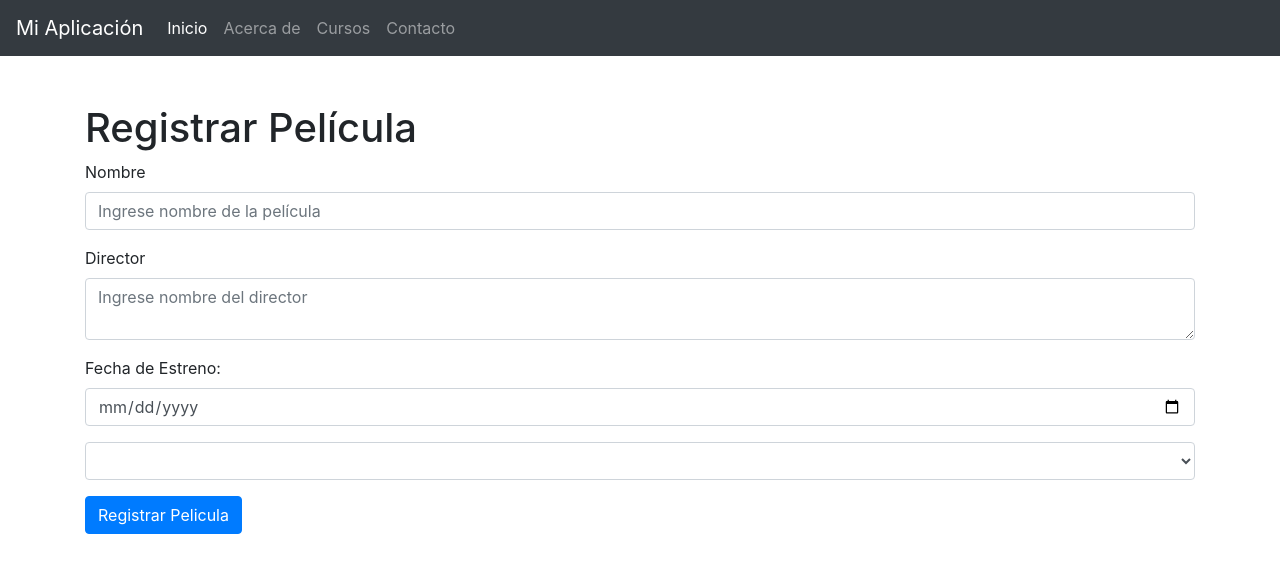
Repository: jfchirinos/EvaluacionLaboratorioT2
Page: http://localhost/peliculaRegister
These files come from the project's save history. The page is drawn as it stood at one moment and after the next save; the edit follows.
The browser window is 1280 px wide. The pictures show the whole page.
Some web libraries are served in a nearby version. The page is this project's Thymeleaf template; nobody is signed in. The template is opened directly, without the code that normally fills it, so the values that code supplies are empty.

Above is the page before, as saved 2024-02-23 18:27:28.

### evaluacion-laboratorio-t2/src/main/resources/templates/peliculaRegister.html
<!DOCTYPE html>
<html lang="en" xmlns:th="http://www.thymeleaf.org">
<head>
    <meta charset="UTF-8">
    <meta name="viewport" content="width=device-width, initial-scale=1.0">
    <title>Registro de Curso</title>
    <!-- Agregar la referencia a los archivos CSS de Bootstrap (localmente o a través de CDN) -->
    <link rel="stylesheet" href="https://stackpath.bootstrapcdn.com/bootstrap/4.5.2/css/bootstrap.min.css">
</head>
<body>
	<nav class="navbar navbar-expand-lg navbar-dark bg-dark">
	  <a class="navbar-brand" href="#">Mi Aplicación</a>
	  <button class="navbar-toggler" type="button" data-toggle="collapse" data-target="#navbarNav" aria-controls="navbarNav" aria-expanded="false" aria-label="Toggle navigation">
	    <span class="navbar-toggler-icon"></span>
	  </button>
	  <div class="collapse navbar-collapse" id="navbarNav">
	    <ul class="navbar-nav">
	      <li class="nav-item active">
	        <a class="nav-link" href="#">Inicio <span class="sr-only">(current)</span></a>
	      </li>
	      <li class="nav-item">
	        <a class="nav-link" href="#">Acerca de</a>
	      </li>
	      <li class="nav-item">
	        <a class="nav-link" href="#">Cursos</a>
	      </li>
	      <li class="nav-item">
	        <a class="nav-link" href="#">Contacto</a>
	      </li>
	    </ul>
	  </div>
	</nav>

    <div class="container mt-5">
        <h1 class="mt-5">Registrar Película</h1>
        <form action="/pelicula/register" method="post">
            <div class="form-group">
                <label for="nombre">Nombre</label>
                <input type="text" class="form-control" id="nombre" name="nombre" placeholder="Ingrese nombre de la película" required>
            </div>
            <div class="form-group">
                <label for="director">Director</label>
                <textarea class="form-control" id="director" name="director" placeholder="Ingrese nombre del director"></textarea>
            </div>
            <div class="form-group">
             	<label for="fechaestreno">Fecha de Estreno:</label>
    			<input type="date" class="form-control" id="fechaestreno" name="fechaestreno">
            </div>
            <div class="form-group">
				<select class="form-control" name="idgenero">
				    <option th:each="genero: ${generos}" th:value="${genero.idgenero}" th:text="${genero.nombre}"></option>
				</select>
			</div>
            <button type="submit" class="btn btn-primary">Registrar Pelicula</button>
        </form>
    </div>

    <!-- Agregar la referencia a los archivos JavaScript de Bootstrap (localmente o a través de CDN) -->
    <script src="https://code.jquery.com/jquery-3.5.1.slim.min.js"></script>
    <script src="https://cdn.jsdelivr.net/npm/@popperjs/core@2.5.4/dist/umd/popper.min.js"></script>
    <script src="https://stackpath.bootstrapcdn.com/bootstrap/4.5.2/js/bootstrap.min.js"></script>
</body>
</html>

After the next save:
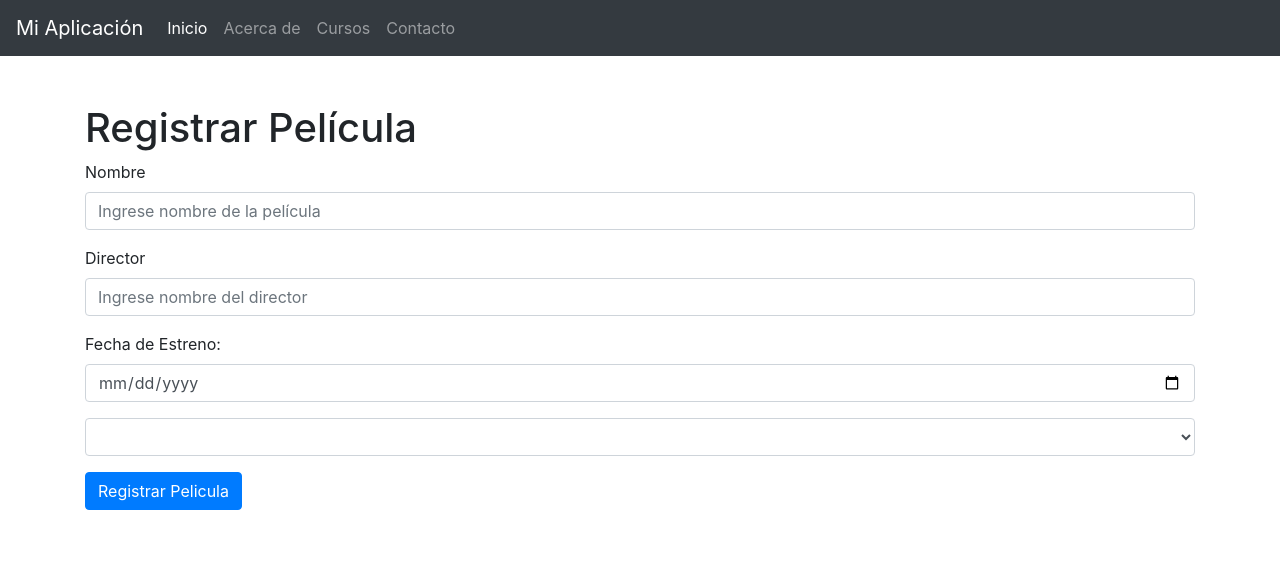
Saved 111 s later.
--- a/evaluacion-laboratorio-t2/src/main/resources/templates/peliculaRegister.html
+++ b/evaluacion-laboratorio-t2/src/main/resources/templates/peliculaRegister.html
@@ -40,7 +40,7 @@
             </div>
             <div class="form-group">
                 <label for="director">Director</label>
-                <textarea class="form-control" id="director" name="director" placeholder="Ingrese nombre del director"></textarea>
+                <input class="form-control" id="director" name="director" placeholder="Ingrese nombre del director"/>
             </div>
             <div class="form-group">
              	<label for="fechaestreno">Fecha de Estreno:</label>
